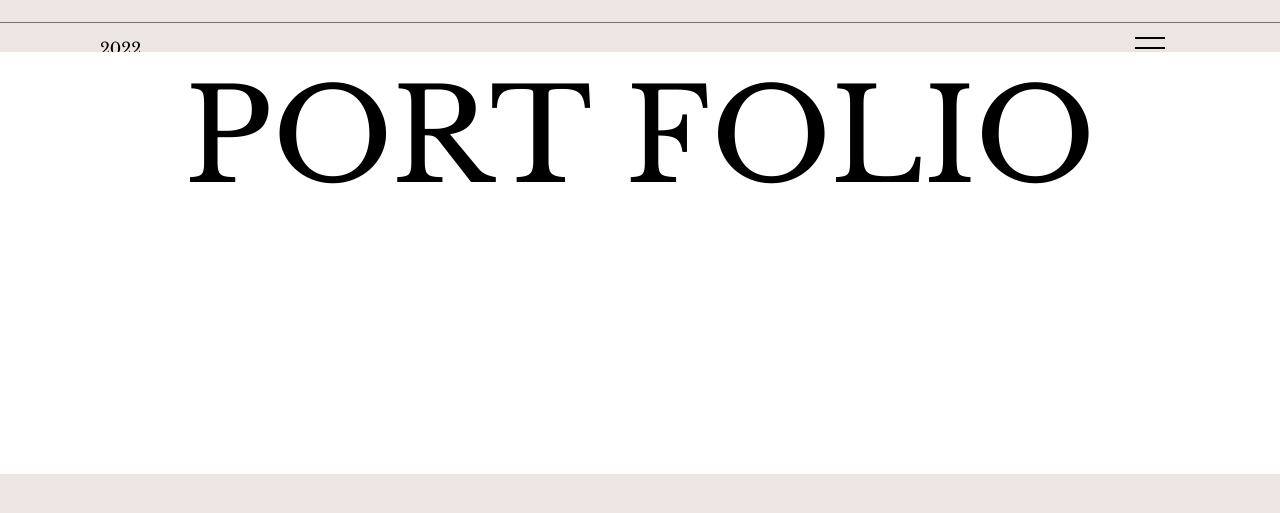
Repository: clsrnemfdml/portfolio_parksj_versiton1
Page: index.html
An editor plug-in stored every save of this project. The page is shown before and after the next save, followed by the edit.
The browser window is 1280 px wide. The pictures show the whole page.

Above is the page before, as saved 2021-09-01 07:59:09.

### index.html
<!DOCTYPE html>
<html lang="en">
<head>
    <meta charset="UTF-8">
    <meta http-equiv="X-UA-Compatible" content="IE=edge">
    <meta name="viewport" content="width=device-width, initial-scale=1.0">
    <title>parkjs portfolio</title>
    <meta name="descripsion" content="박수진의 포트폴리오 입니다.">
    <link rel="stylesheet" href="css/reset.css">
    <link rel="stylesheet" href="css/index.css">
    <style> @import url('https://fonts.googleapis.com/css2?family=Libre+Baskerville&display=swap');</style>
    <script src="js/index.js"></script>

</head>
<body>
    <div id="wrap">
        <section id="section1">
            <div class="menu">
                <p>2022</p>
                <span>
                </span>
            </div>
            <div class="content">
                <h6>PORT FOLIO</h6>
            </div>
        </section>
    </div>

</body>
</html>

### css/index.css


#wrap{width: 100%; height: auto;}
#wrap #section1{height: 100vh; width: 100%; background: #ECE5E1;
    font-family: 'Libre Baskerville', serif;}
#wrap #section1 .menu{width: 100%; height: 50px; border-bottom: 1px solid #767371;
    border-top: 1px solid #767371; position: relative; top: 22px;

}
#wrap #section1 .menu p{line-height: 50px; padding-left: 100px; display: inline-block;}
#wrap #section1 .menu span{
    display: block;
    position: absolute;
    right: 100px;
    top: 50%;
    transform: translate(-50%, -50%);
    width: 30px;
    height: 2px;
    background: rgb(0, 0, 0);
    float: right;
}
    #wrap #section1 .menu span::before{
    content: '';
    width: 30px;
    height: 2px;
    background: rgb(0, 0, 0);
    position: absolute;
    left: 0;
    bottom: 10px;
    transform: rotate(0deg);
    transition-duration: .3s;
}
    #wrap #section1 .menu span::after{
        content: '';
        width: 30px;
        height: 2px;
        background: rgb(0, 0, 0);
        position: absolute;
        left: 0;
        top: 10px;
        transform: rotate(0deg);
        transition-duration: .3s;
    }

    #wrap #section1 .content{
        height: 400px; background: white; position: absolute; width: 100%;
        font-size: 10vw;
        text-align: center;
        padding-top: 22px;
    }

Loaded but not shown: css/reset.css (common file); js/index.js (no stored copy; drawn as an empty file)

After the next save:
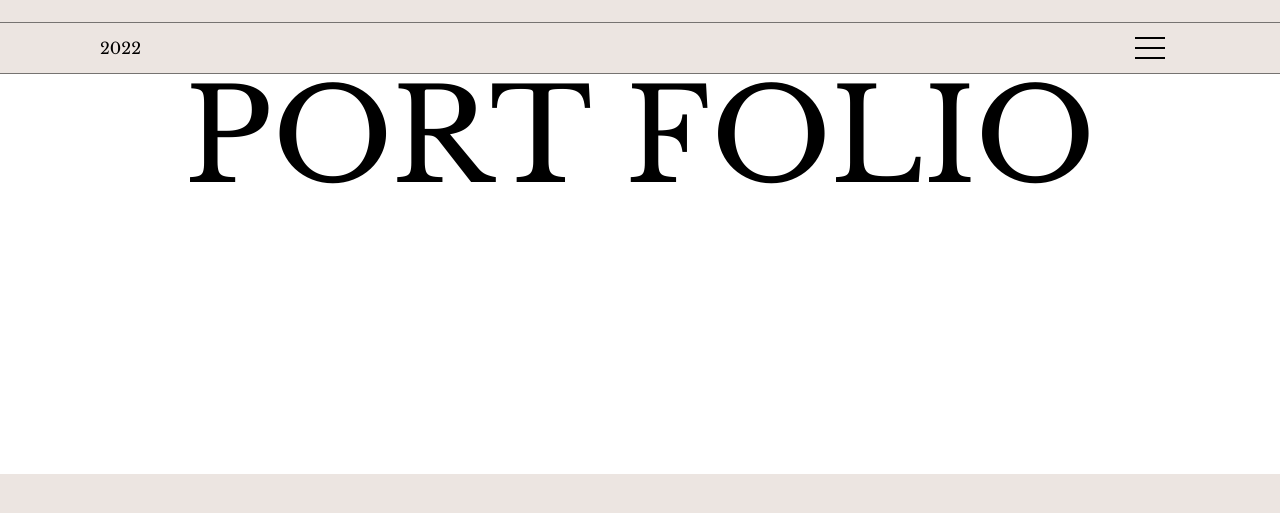
Saved 8 s later.
--- a/css/index.css
+++ b/css/index.css
@@ -46,5 +46,5 @@
         height: 400px; background: white; position: absolute; width: 100%;
         font-size: 10vw;
         text-align: center;
-        padding-top: 22px;
+        margin-top: 22px;
     }
